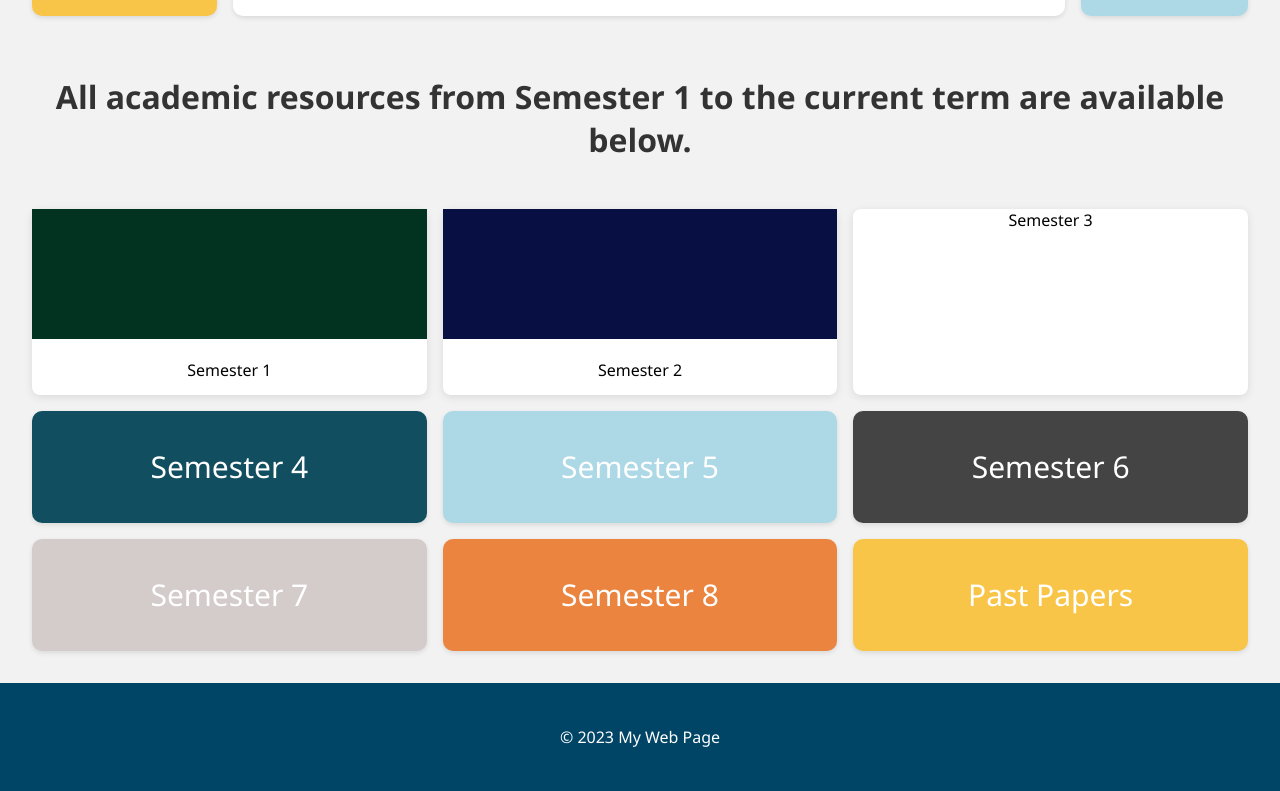
Repository: MariamSawera/eduNova
Page: index.html
An editor plug-in stored every save of this project. The page is shown before and after the next save, followed by the edit.
The browser window is 1280 px wide. The pictures show the part of the page from y = 1042 to 1833 px (the page is 1833 px tall).

Above is the page before, as saved 2025-07-24 00:47:21.

After the next save:
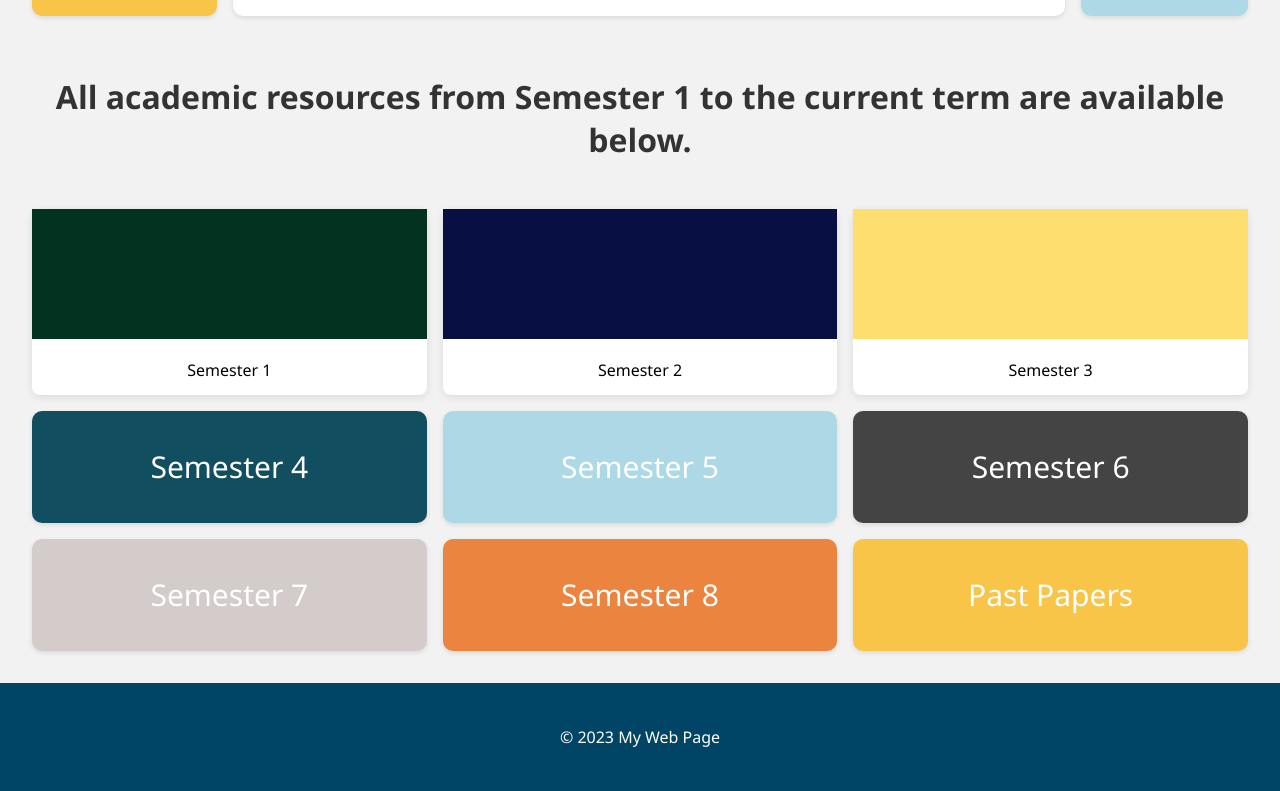
Saved 14 s later.
--- a/index.html
+++ b/index.html
@@ -89,6 +89,7 @@
       </div>
       <div class="card-semester" >
         <!-- style="background-color: rgb(192, 245, 108)" -->
+         <img src="./images/skin.jpg" alt="">
         <a href="semester3.html">Semester 3</a>
       </div>
       <div class="link-card" style="background-color: #114f60">
